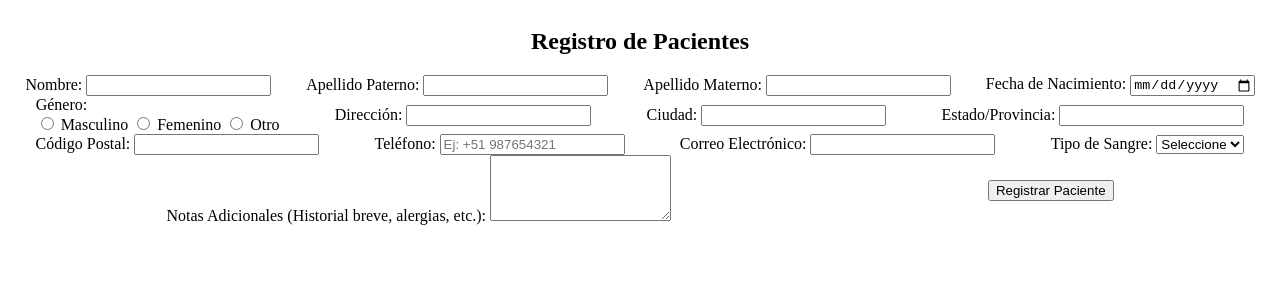
Repository: gatoqliao21/some_of_java2
Page: http://localhost/mi_proyecto_gestion/Registro.jsp
An editor plug-in stored every save of this project. The page is shown before and after the next save, followed by the edit.
The browser window is 1280 px wide. The pictures show the whole page.
The page is served by Tomcat 10.

Above is the page before, as saved 2025-07-23 05:40:42.
Console error: TypeError: Cannot read properties of null (reading 'addEventListener')

After the next save:
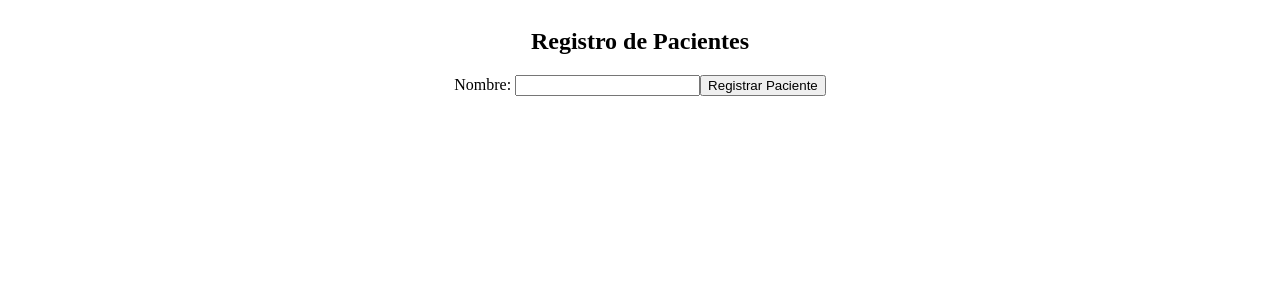
Saved 94 s later.
--- a/mi_proyecto_gestion/src/main/webapp/Registro.jsp
+++ b/mi_proyecto_gestion/src/main/webapp/Registro.jsp
@@ -23,69 +23,7 @@
                 <label for="nombre">Nombre:</label>
                 <input type="text" id="nombre" name="nombre" required>
             </div>
-            <div class="form-group">
-                <label for="apellidoPaterno">Apellido Paterno:</label>
-                <input type="text" id="apellidoPaterno" name="apellidoPaterno" required>
-            </div>
-            <div class="form-group">
-                <label for="apellidoMaterno">Apellido Materno:</label>
-                <input type="text" id="apellidoMaterno" name="apellidoMaterno">
-            </div>
-            <div class="form-group">
-                <label for="fechaNacimiento">Fecha de Nacimiento:</label>
-                <input type="date" id="fechaNacimiento" name="fechaNacimiento" required>
-            </div>
-            <div class="form-group">
-                <label>Género:</label><br>
-                <input type="radio" id="masculino" name="genero" value="M" required>
-                <label for="masculino">Masculino</label>
-                <input type="radio" id="femenino" name="genero" value="F">
-                <label for="femenino">Femenino</label>
-                <input type="radio" id="otro" name="genero" value="O">
-                <label for="otro">Otro</label>
-            </div>
-            <div class="form-group">
-                <label for="direccion">Dirección:</label>
-                <input type="text" id="direccion" name="direccion" required>
-            </div>
-            <div class="form-group">
-                <label for="ciudad">Ciudad:</label>
-                <input type="text" id="ciudad" name="ciudad" required>
-            </div>
-            <div class="form-group">
-                <label for="estado">Estado/Provincia:</label>
-                <input type="text" id="estado" name="estado" required>
-            </div>
-            <div class="form-group">
-                <label for="codigoPostal">Código Postal:</label>
-                <input type="text" id="codigoPostal" name="codigoPostal">
-            </div>
-            <div class="form-group">
-                <label for="telefono">Teléfono:</label>
-                <input type="tel" id="telefono" name="telefono" placeholder="Ej: +51 987654321" required>
-            </div>
-            <div class="form-group">
-                <label for="email">Correo Electrónico:</label>
-                <input type="email" id="email" name="email">
-            </div>
-            <div class="form-group">
-                <label for="tipoSangre">Tipo de Sangre:</label>
-                <select id="tipoSangre" name="tipoSangre">
-                    <option value="">Seleccione</option>
-                    <option value="A+">A+</option>
-                    <option value="A-">A-</option>
-                    <option value="B+">B+</option>
-                    <option value="B-">B-</option>
-                    <option value="AB+">AB+</option>
-                    <option value="AB-">AB-</option>
-                    <option value="O+">O+</option>
-                    <option value="O-">O-</option>
-                </select>
-            </div>
-            <div class="form-group">
-                <label for="notas">Notas Adicionales (Historial breve, alergias, etc.):</label>
-                <textarea id="notas" name="notas" rows="4"></textarea>
-            </div>
+
             <div class="form-group">
                 <button   id="enviarBoton"
                 type="submit">Registrar Paciente</button>
